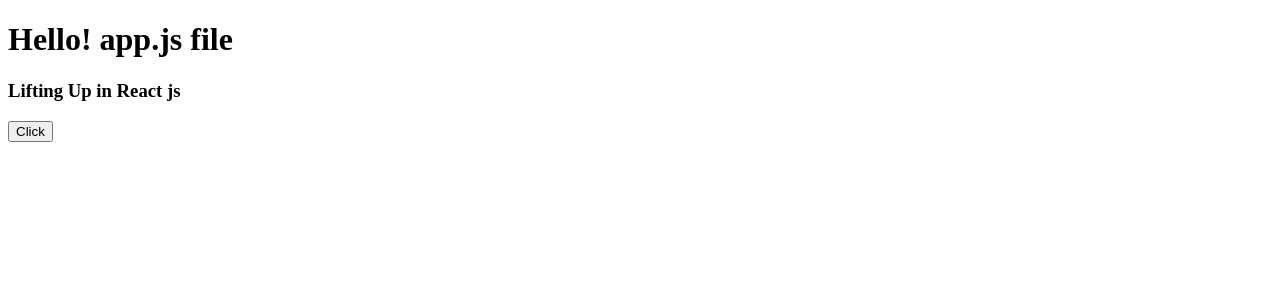
Repository: Gulzarokz/React_Course_Review
Page: / (app in vite-Project/)
The author's editor kept a copy of each file at every save. The page is drawn from the files as they stood at one save, then again after the next save.
The browser window is 1280 px wide. The pictures show the whole page.
The project was rebuilt for these pictures with package versions that can differ from the ones it lists, and the page was loaded fresh each time. Also part of the build but not shown: vite-Project/vite.config.js.

Above is the page before, as saved 2026-04-28 12:16:18.

### vite-Project/index.html
<!doctype html>
<html lang="en">

<head>
  <meta charset="UTF-8" />
  <link rel="icon" type="image/svg+xml" href="/favicon.svg" />
  <meta name="viewport" content="width=device-width, initial-scale=1.0" />
  <title>React js Review</title>
</head>

<body>
  <div id="root"></div>
  <script type="module" src="/src/main.jsx"></script>
</body>

</html>

### vite-Project/src/App.jsx
import { useState } from 'react';
import LiftingUp from './LiftingUp';



function App() {
  // const [count, setCount] = useState(0)

  // function getData() {
  //   alert('Hello How are you!')
  // }
  return (
    <>
      <h1>Hello! app.js file</h1>
      <LiftingUp />









    </>
  )
}
export default App

### vite-Project/src/LiftingUp.jsx
import React from 'react'
import ChildToParent from './ChildToParent'

const LiftingUp = () => {
    // const user = "Gulzar khan"
    function sayHello(n) {
        // alert("Hello:" + n)
        console.log(n);

    }
    return (
        <>
            <h3>Lifting Up in React js</h3>
            <ChildToParent data={sayHello} />
        </>
    )
}

export default LiftingUp

### vite-Project/src/ChildToParent.jsx
import React from 'react'

const ChildToParent = (prop) => {
    // let name = "Gul"
    // let user = ["Gulzar", "g@gamil.com", "20094585"]
    let user = { name: "Gul", email: "gokz@gmail.com", contact: "033453345" }
    return (
        <>
            {/* <h3>Hello: {prop.data}</h3> */}
            <button onClick={() => prop.data(user)}>Click</button>
        </>
    )
}

export default ChildToParent

### vite-Project/src/ControlledComp.jsx
import React from 'react'

const ControlledComp = () => {
    return (
        <>
            <h2>Controlled Component in react js</h2>
        </>
    )
}

export default ControlledComp

Loaded but not shown: vite-Project/src/main.jsx (common file)

After the next save:
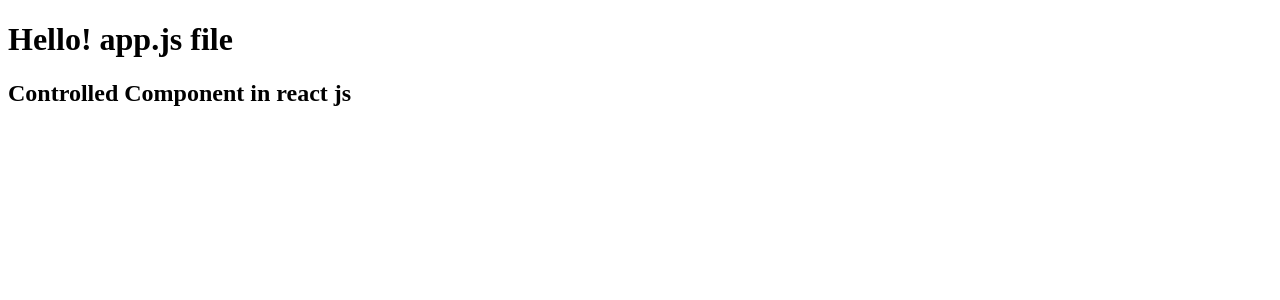
Saved 44 s later.
--- a/vite-Project/src/App.jsx
+++ b/vite-Project/src/App.jsx
@@ -1,5 +1,6 @@
 import { useState } from 'react';
-import LiftingUp from './LiftingUp';
+import ControlledComp from './ControlledComp';
+
 
 
 
@@ -12,7 +13,8 @@ function App() {
   return (
     <>
       <h1>Hello! app.js file</h1>
-      <LiftingUp />
+      <ControlledComp />
+
 
 
 
